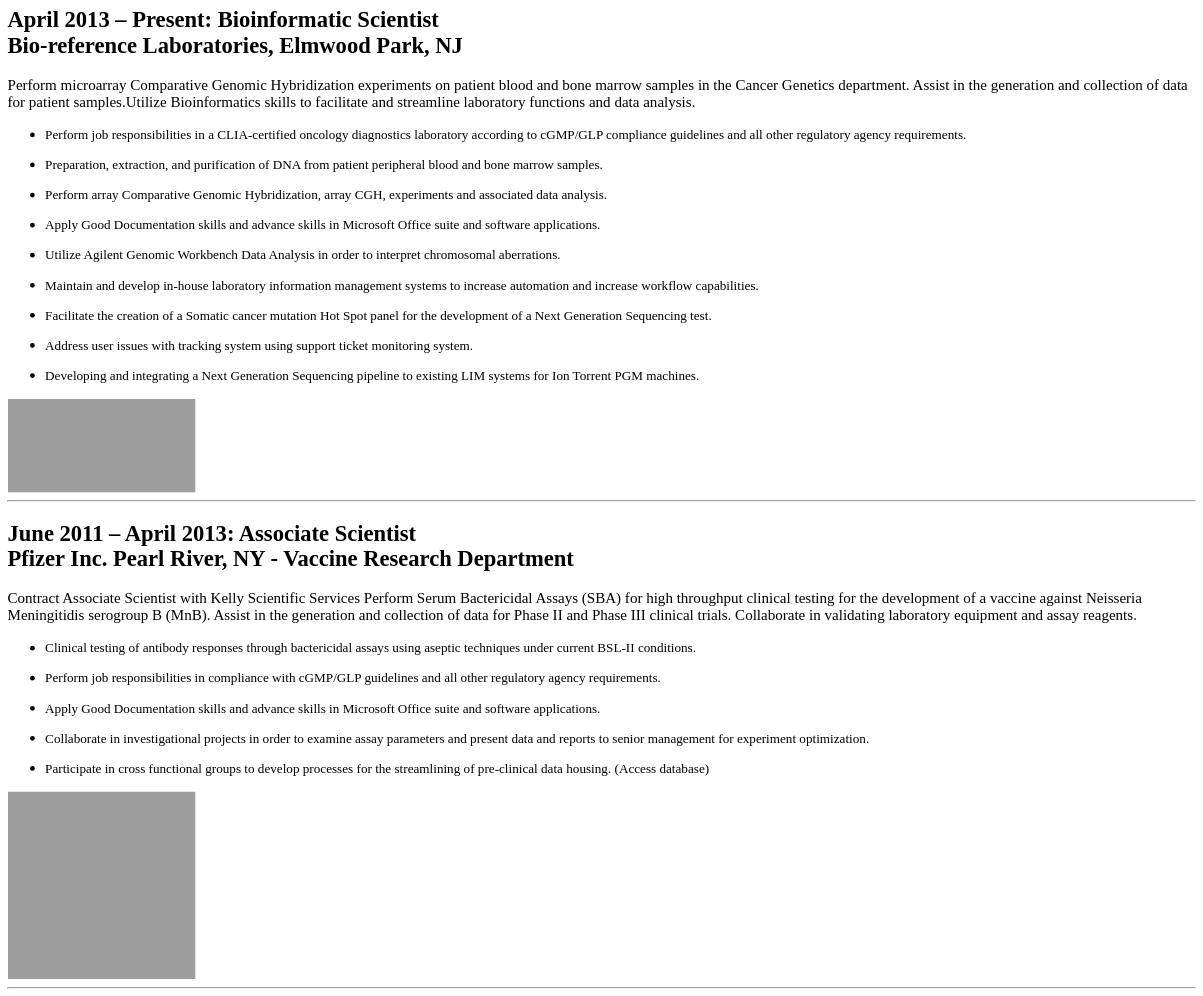
Repository: gmihalik/resume-website
Page: views/industry.html
The author's editor kept a record of every edit. The page is drawn from the files as they stood at one moment, then again after the next edit.
The browser window is 1280 px wide. The pictures show the whole page, at 94% of full size.
Pictures or frames that could not be fetched are drawn as grey boxes.

Above is the page before.

### views/industry.html
   <div class="navbar-wrapper">
      <div class="container">

      <div class="row featurette">
        <div class="col-md-9">
          <h2 class="featurette-heading">April 2013 – Present: Bioinformatic Scientist
          <br><span class="text-muted">Bio-reference Laboratories, Elmwood Park, NJ</span></h2>
          <p class="lead" style="font-size:16px">Perform microarray Comparative Genomic Hybridization experiments on patient blood and bone marrow samples in the Cancer Genetics department. Assist in the generation and collection of data for patient samples.Utilize Bioinformatics skills to facilitate and streamline laboratory functions and data analysis.</p>
        <ul>
            <li><p style="font-size:14px">Perform job responsibilities in a CLIA-certified oncology diagnostics laboratory according to cGMP/GLP compliance guidelines and all other regulatory agency requirements.</p></li>
            <li><p style="font-size:14px">Preparation, extraction, and purification of DNA from patient peripheral blood and bone marrow samples.</p></li>
            <li><p style="font-size:14px">Perform array Comparative Genomic Hybridization, array CGH, experiments and associated data analysis.  </p></li>
            <li><p style="font-size:14px">Apply Good Documentation skills and advance skills in Microsoft Office suite and software applications.</p></li>
            <li><p style="font-size:14px">Utilize Agilent Genomic Workbench Data Analysis in order to interpret chromosomal aberrations.</p></li>
            <li><p style="font-size:14px">Maintain and develop in-house laboratory information management systems to increase automation and increase workflow capabilities.</p></li>
            <li><p style="font-size:14px">Facilitate the creation of a Somatic cancer mutation Hot Spot panel for the development of a Next Generation Sequencing test. </p></li>
            <li><p style="font-size:14px">Address user issues with tracking system using support ticket monitoring system.</p></li>
            <li><p style="font-size:14px">Developing and integrating a Next Generation Sequencing pipeline to existing LIM systems for Ion Torrent PGM machines.</p></li>
        </ul>
        </div>
        <div class="col-md-3">
        <img src="http://mobileenterprise.edgl.com/Media/DocumentLibrary/bioreference_logo09.jpg" alt="Generic placeholder image" style="width: 200px; height: 100px;">        </div>
      </div>

      <hr class="featurette-divider">

      <div class="row featurette">
        <div class="col-md-9">
          <h2 class="featurette-heading">June 2011 – April 2013: Associate Scientist<br>
          <span class="text-muted">Pfizer Inc. Pearl River, NY - Vaccine Research Department </span></h2>
          <p class="lead" style="font-size:16px">Contract Associate Scientist with Kelly Scientific Services Perform Serum Bactericidal Assays (SBA) for high throughput clinical testing for the development of a vaccine against Neisseria Meningitidis serogroup B (MnB). Assist in the generation and collection of data for Phase II and Phase III clinical trials. Collaborate in validating laboratory equipment and assay reagents.</p>
          <ul>
            <li><p style="font-size:14px">Clinical testing of antibody responses through bactericidal assays using aseptic techniques under current BSL-II conditions.</p></li>
            <li><p style="font-size:14px">Perform job responsibilities in compliance with cGMP/GLP guidelines and all other regulatory agency requirements.</p></li>
            <li><p style="font-size:14px">Apply Good Documentation skills and advance skills in Microsoft Office suite and software applications.</p></li>
            <li><p style="font-size:14px">Collaborate in investigational projects in order to examine assay parameters and present data and reports to senior management for experiment optimization.</p></li>
            <li><p style="font-size:14px">Participate in cross functional groups to develop processes for the streamlining of pre-clinical data housing. (Access database)</p></li>
          </ul>
        </div>
        <div class="col-md-3">
        <img class="img-circle" src="https://sites.google.com/site/gregorymihalik/_/rsrc/1326083625000/work-experience/Pfizer-400x240.jpg?height=120&width=200" alt="Generic placeholder image" style="width: 200px; height: 200px;">        </div>
      </div>

      <hr class="featurette-divider">

      <!-- /END THE FEATURETTES -->

    </div><!-- /.container -->

After the next edit:
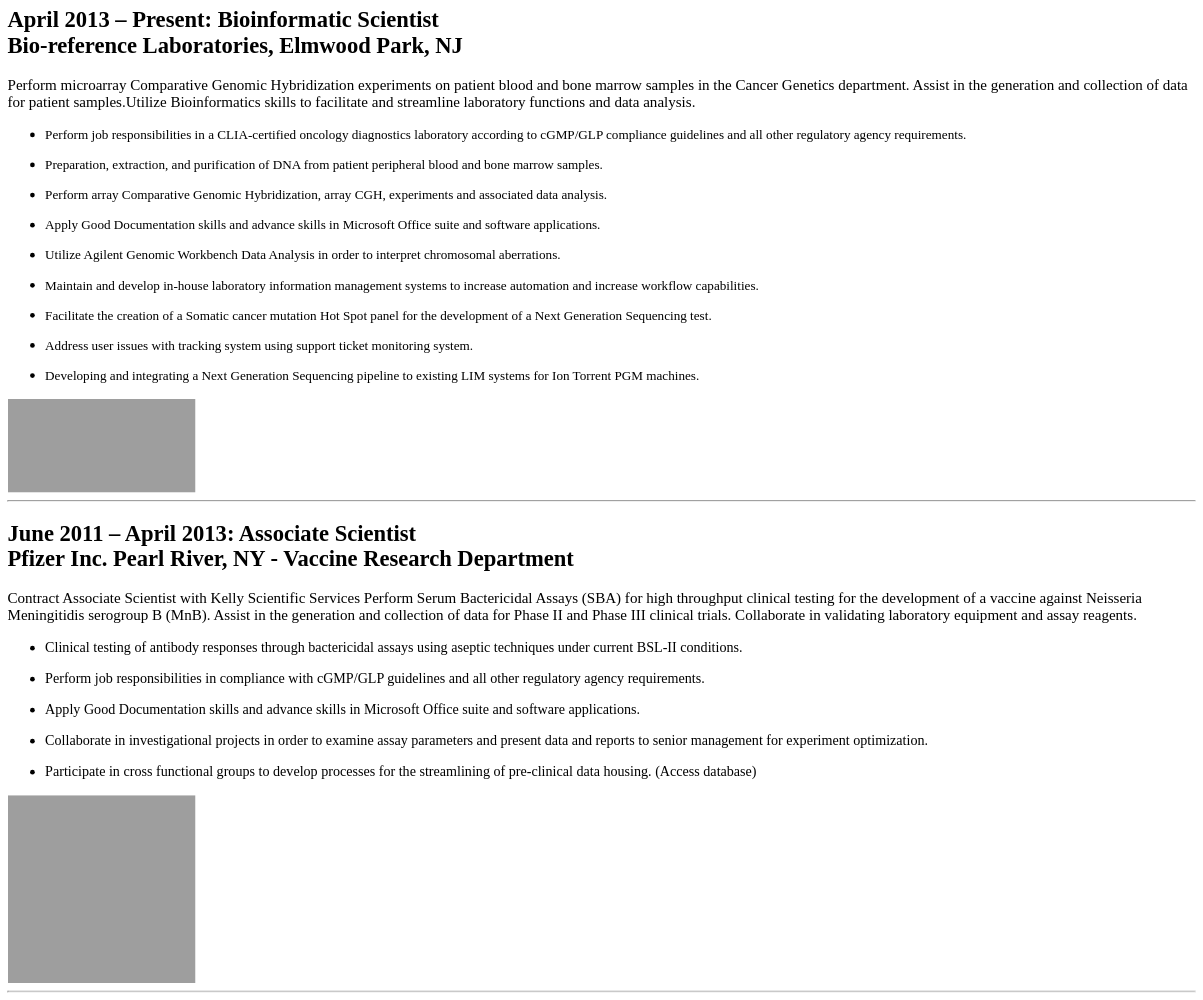
The edit:
--- a/views/industry.html
+++ b/views/industry.html
@@ -30,11 +30,11 @@
           <span class="text-muted">Pfizer Inc. Pearl River, NY - Vaccine Research Department </span></h2>
           <p class="lead" style="font-size:16px">Contract Associate Scientist with Kelly Scientific Services Perform Serum Bactericidal Assays (SBA) for high throughput clinical testing for the development of a vaccine against Neisseria Meningitidis serogroup B (MnB). Assist in the generation and collection of data for Phase II and Phase III clinical trials. Collaborate in validating laboratory equipment and assay reagents.</p>
           <ul>
-            <li><p style="font-size:14px">Clinical testing of antibody responses through bactericidal assays using aseptic techniques under current BSL-II conditions.</p></li>
-            <li><p style="font-size:14px">Perform job responsibilities in compliance with cGMP/GLP guidelines and all other regulatory agency requirements.</p></li>
-            <li><p style="font-size:14px">Apply Good Documentation skills and advance skills in Microsoft Office suite and software applications.</p></li>
-            <li><p style="font-size:14px">Collaborate in investigational projects in order to examine assay parameters and present data and reports to senior management for experiment optimization.</p></li>
-            <li><p style="font-size:14px">Participate in cross functional groups to develop processes for the streamlining of pre-clinical data housing. (Access database)</p></li>
+            <li><p style="font-size:15px">Clinical testing of antibody responses through bactericidal assays using aseptic techniques under current BSL-II conditions.</p></li>
+            <li><p style="font-size:15px">Perform job responsibilities in compliance with cGMP/GLP guidelines and all other regulatory agency requirements.</p></li>
+            <li><p style="font-size:15px">Apply Good Documentation skills and advance skills in Microsoft Office suite and software applications.</p></li>
+            <li><p style="font-size:15px">Collaborate in investigational projects in order to examine assay parameters and present data and reports to senior management for experiment optimization.</p></li>
+            <li><p style="font-size:15px">Participate in cross functional groups to develop processes for the streamlining of pre-clinical data housing. (Access database)</p></li>
           </ul>
         </div>
         <div class="col-md-3">
